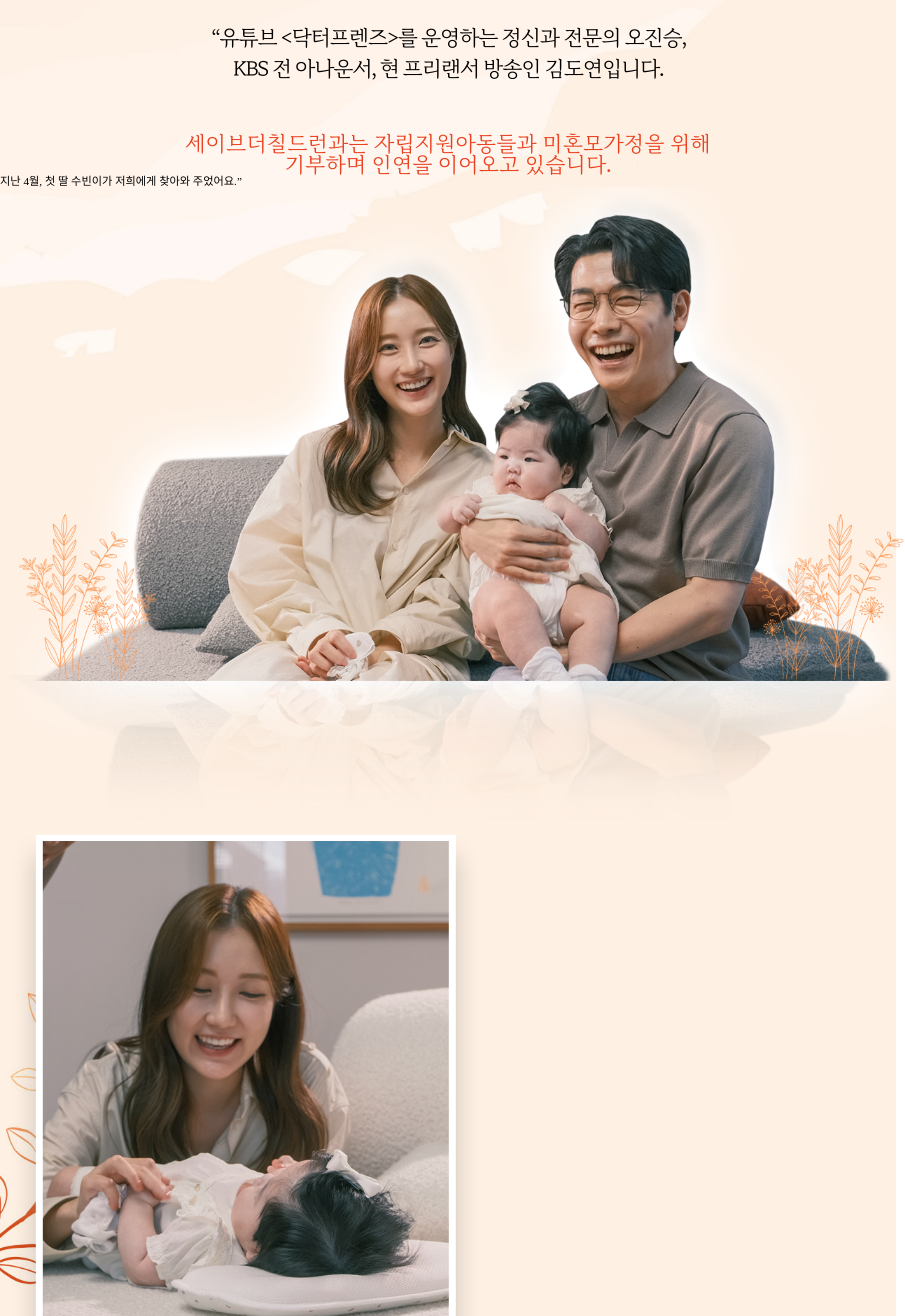
Repository: dlgywls1130/saveTheChildren
Page: index.html
The author's editor kept a copy of each file at every save. The page is drawn from the files as they stood at one save, then again after the next save.
The browser window is 1280 px wide. The page is 1293 px wide, so the pictures cover 1293 px, including what lies to the right of the window. The pictures show the part of the page from y = 1771 to 3651 px (the page is 10550 px tall before and 10620 px after), at 70% of full size.
Some web fonts or font styles are not loaded; a fallback is used. The style sheet was rebuilt from its Sass, Less or Tailwind sources for each picture, by a compiler version that may differ from the author's.

Above is the page before, as saved 2024-11-01 22:14:35.

### index.html
<!DOCTYPE html>
<html lang="en">
<head>
    <meta charset="UTF-8">
    <meta name="viewport" content="width=device-width, initial-scale=1.0">
    <title>Document</title>

    <link rel="stylesheet" href="./css/common.css">
</head>
<body>

    <!-- main -->
    <section class="main_container">
        <div class="container">
            <div class="logo_title mb-60">
                <img src="./images/logo.png" alt="logo">
                <p>우리 아기 좋은 날 기부</p>
            </div>

            <p class="sub_title mb-30">
                의사 오진승, 아나운서 김도연 가족과 함께하는
            </p>

            <h2 class="mb-50">우리 아기<br>좋은 날 일기</h2>

            <p class="sub_span_text mb-40">
                여러분은 자녀의 소중한 순간을<br>
                어떻게 기념 하시나요?
            </p>

            <p class="sub_descript mb-60">
                보통 사진을 찍고 영상을 남기는 분들이 많으실 거에요. <br>
                <span>소중한 날을 특별하게 기념하는 방법</span>을<br>
                소개해드릴게요
            </p>

            <a href="#" class="record_btn">
                <img src="/images/pencle.png" alt="pencle">
                <p>우리 아기 좋은 날 기록하기</p>
            </a>
        </div>
    </section>

    <!-- 스토리섹션 -->

    <section class="story_section">
        <div class="container py-150">

            <!-- 영상 -->
            <div class="video_container mb-150">
                <video></video>
            </div>

            <div class="story_01">
                <p class="s01 mb-70">
                    “유튜브 <닥터프렌즈>를 운영하는 정신과 전문의 오진승,
                    <br>KBS 전 아나운서, 현 프리랜서 방송인 김도연입니다.
                </p>

                <p class="s01_1">
                    세이브더칠드런과는 자립지원아동들과 미혼모가정을 위해
                    <br>기부하며 인연을 이어오고 있습니다.
                </p>

                <p class="s01_2">
                    지난 4월, 첫 딸 수빈이가 저희에게 찾아와 주었어요.”
                </p>

                <img src="/images/s1_1.png" alt="story">
            </div>


            <div class="story_02">
                <div class="story02_01">
                    <div class="story_image">
                        <img src="/images/s2_1.png" alt="stroy">
                    </div>
                    <div class="story_text-contain">
                        <p class="story_text_01">
                            아이가 태어나고 많은 것이 바뀌었습니다.
                        </p>
                        <p class="story_text_02">
                            사실 저는 아이를 좋아하는 편은 아니었어요.
                            하지만 낳고 처음 마주하는 순간, 생각했어요.
                        </p>
                        <p class="story_text_03">
                            ‘천년의 사랑이 시작되었다.’
                        </p>

                        <p class="story_text_04">
                            지금은 힘들어도 아이 얼굴만 보면 웃음이 나와요.
                        </p>
                    </div>


                </div>
            </div>

            <div class="story_03">
                <div class="story03_01">
                    <div class="story_text-contain">
                        <p class="story_text_01">
                            자신의 자녀를 볼 때 나오는
                            <br>도파민의 양이
                            <br>마음에 드는 이성을 보았을 때
                            <br>나오는 도파민 양의 10배나 된대요.
                        </p>
                        <p class="story_text_02">
                            저는 현재에 안주하며 사는 편이었는데,
                            <br>딸이 태어난 후부터 삶에 대해 더 고민하며
                            <br>잘하려고 노력하게 되더라구요.
                        </p>
                        <p class="story_text_03">
                            아이가 삶의 원동력이 된 셈이죠.
                        </p>

                    </div>

                    <div class="story_image">
                        <img src="/images/s3_1.png" alt="stroy">
                    </div>



                </div>
            </div>

            <div class="story_04">
                <div class="story04_01">

                    <div class="story_image">
                        <img src="/images/s4_1.png" alt="stroy">
                    </div>

                    <div class="story_text-contain">
                        <p class="story_text_01">
                            요즘은 수빈이와 함께
                            <br>놀이터 갈 날을
                            <br>손꼽아 기다리고 있어요.
                        </p>
                        <p class="story_text_02">
                            아직 말귀도 못 알아듣는 아이한테
                            <br>“너 언제 커서 아빠랑 놀이터 갈래?”
                            <br>묻고는 하죠.
                        </p>

                    </div>

                </div>

                <div class="story04_02">

                    <div class="story_text-contain">
                        <p class="story_text_01">
                            한편으로는 아이를 정신없이 키우다 보니
                            <br>탄생의 순간이 희미해지고 있었어요.
                        </p>
                        <p class="story_text_02">
                            우리 아기 좋은 날 캠페인에 참여해서
                            <br>직접 <span>기념일 이야기를 담은 후원감사증서</span>를 받아보니,
                            <br>그때 생각이 나서 너무 좋았어요.
                        </p>

                    </div>

                    <div class="story_image">
                        <img src="/images/s4_2.png" alt="stroy">
                    </div>

                </div>
            </div>

            <div class="story_05">
                <div class="story_05_01">
                    <div class="img_story">
                        <img src="/images/s5_1.png">
                    </div>
                    <div class="story_text">
                        “아이가 건강하게 발달단계를 해내는
                        <br>소중한 순간에 기부를 하면
                        <br>수빈이가 더 건강하고,행복하게
                        <br>자라게 되지 않을까요?
                        <br>
                        <br>소중한 순간마다 기부하고
                        <br>앨범처럼 남겨서 보여주면
                        <br>자랑스러운 부모가 될 것 같아요”
                    </div>
                </div>

                <div class="story_05_02">

                    <div class="story_text">
                        “저는 칭찬 받거나 스스로에게 자부심을
                        <br>느낀 순간은 오래 기억된다고 생각해요.
                        <br>
                        <br>내 아이에게 ‘네가 첫 양치질을 잘 해낸
                        <br>기념으로  다른 친구를 도왔어.’ 라고
                        <br>말해준다면 그 뿌듯함을 밑거름으로
                        <br>자기 자신과 다른 사람 모두 사랑할 수 있는
                        <br>아이로 성장하지 않을까요?”
                    </div>

                    <div class="img_story">
                        <img src="/images/s5_2.png">
                    </div>

                </div>


                <div class="middle_cotain">
                    <p>첫 걸음마, 첫돌, 처음 엄마 아빠를 부른 날, 처음 비를 맞아본 날,
                    처음 놀이터에 간 날, 그 소중한 순간을 기부로 기록해 보세요.</p>

                    <p>후원해주신 모든 분들께 직접 작성한 기념일 이야기가 담긴 <span>후원감사증서</span>를 드리며,
                    30만원 이상 후원해 주신 분들께는 이름을 수놓은 <span>순면거즈블랭킷</span>을 증정하고 있습니다. </p>

                    <div class="middle_image">
                        <div class="middel_left">
                            <img src="/images/s6_1.png">
                        </div>
                        <div class="middel_right">
                            <img src="/images/s6_2.png">
                        </div>

                        <img src="" class="float_image">
                    </div>


                    <a href="#" class="record_btn">
                        <img src="/images/pencle.png" alt="pencle">
                        <p>우리 아기 좋은 날 기록하기</p>
                    </a>
                </div>



            </div>

        </div>


    </section>

    <!-- 후원신청 과정 -->

    <section class="sponsor_section">
        <div class="container">

            <div class="sponsor-container">
                <h2>후원신청 과정</h2>

                <div class="sponsor_list">
                    <div class="sponsor_list_inner">
                        <div class="list-inner-img">
                            <img src="">
                        </div>
                        <p>후원신청하기</p>

                    </div>
                    <span class="arrow-img"><img src=""></span>
                    <div class="sponsor_list_inner">
                        <div class="list-inner-img">
                            <img src="">
                        </div>
                        <p>후원감사증서<br>메시지 적기</p>

                    </div>
                    <span class="arrow-img"><img src=""></span>
                    <div class="sponsor_list_inner">
                        <div class="list-inner-img">
                            <img src="">
                        </div>
                        <p>신청완료</p>

                    </div>
                    <span class="arrow-img"><img src=""></span>
                    <div class="sponsor_list_inner">
                        <div class="list-inner-img">
                            <img src="">
                        </div>
                        <p>후원감사증서 발송<br>(1주일이내)</p>

                    </div>
                </div>

                <p class="info-span">30만원 이상 후원자 분들께는 순면거즈블랭킷 제작을 위한 문자가 별도 발송됩니다. (후원 2-3일 이내)</p>
            </div>


            <div class="sponsor-inner">
                <h2>후원금, 이렇게 쓰여요!</h2>

                <p>
                    세이브더칠드런은 국내외 아동을 대상으로
                    생계지원, 의료지원,  영유아용품지원, 재해재난 상황에서의
                    긴급구호 등의 활동을 진행하고 있습니다.

                    보내주신 후원금은 정치, 종교, 인종에 관계없이
                    모든 아이들을 구해야 한다는  세이브더칠드런의 신념에 따라
                    가장 도움 필요한 아이를 위해 우선 사용됩니다.

                </p>

                <img src="/images/baby.png">
            </div>
        </div>

    </section>

    <!-- faq -->
    <section class="faq_section">
        <div class="container">
            <h2>FAQ</h2>

            <ul class="faq_list">
                <li>
                    <div class="faq_question">
                        <img src="/images/leaves.png">
                        <p>30만원 이상 후원했습니다. 거즈 순면 블랭킷은 언제 오나요?</p>
                    </div>
                    <div class="faq_answer">
                        우리 아기 좋은 날 기부로 30만원 이상 후원자님들께는 담요에 수놓을 아기 이름과 선물 수령 주소
                        확인을 위한 문자가 발송됩니다. 02-6900-4479로 발송되는 문자 속 설문조사에 답해주세요.
                        확인을 완료하신 분들께는 블랭킷 제작을 담당하고 있는 조니 스튜디오에서 아기 이름 자수
                        작업 완료 후 배송해 드립니다.

                    </div>
                </li>
                <li>
                    <div class="faq_question">
                        <img src="/images/leaves.png">
                        <p>순면 거즈 블랭킷, 안전한 제품인가요? </p>
                    </div>
                    <div class="faq_answer">
                        본 블랭킷은 워싱된 3중 거즈로 제작되었으며, KC안전검사를 완료하였습니다.
                        소재 특성상 섬유 조각이 발생할 수 있어 망에 넣지 않고 3번 정도 물빨래 하시는 것을 권장합니다.

                    </div>
                </li>
                <li>
                    <div class="faq_question">
                        <img src="/images/leaves.png">
                        <p>순면 거즈 블랭킷을 받았는 데 하자가 있어요. 어떻게 해야 하나요? </p>
                    </div>
                    <div class="faq_answer">
                        물품에 동봉된 조니스튜디오 연락처로 연락 부탁드립니다. 하자 물품에 대한 교환은 수령일로부터
                        7일 이내에 조니스튜디오에 연락해주셔야 하며, 이로 인한 후원금 환불은 어렵습니다.

                    </div>
                </li>
                <li>
                    <div class="faq_question">
                        <img src="/images/leaves.png">
                        <p>후원감사증서에 넣을 수 있는 사진 사이즈는 얼마인가요?</p>
                    </div>
                    <div class="faq_answer">
                        사진 인화 사이즈 5*7 인치에 맞추어서 제작되었습니다.  그보다 작은 사진일 경우,
                        후원감사증서  내부의 주머니에 넣어 보관하실 수도  있습니다.

                    </div>
                </li>
            </ul>
        </div>
    </section>
</body>
</html>

### css/common.scss
// Reset CSS
@mixin reset {

    html,
    body,
    div,
    span,
    applet,
    object,
    iframe,
    h1,
    h2,
    h3,
    h4,
    h5,
    h6,
    p,
    blockquote,
    pre,
    a,
    abbr,
    acronym,
    address,
    big,
    cite,
    code,
    del,
    dfn,
    em,
    img,
    ins,
    kbd,
    q,
    s,
    samp,
    small,
    strike,
    strong,
    sub,
    sup,
    tt,
    var,
    b,
    u,
    i,
    center,
    dl,
    dt,
    dd,
    ol,
    ul,
    li,
    fieldset,
    form,
    label,
    legend,
    table,
    caption,
    tbody,
    tfoot,
    thead,
    tr,
    th,
    td,
    article,
    aside,
    canvas,
    details,
    embed,
    figure,
    figcaption,
    footer,
    header,
    hgroup,
    menu,
    nav,
    output,
    ruby,
    section,
    summary,
    time,
    mark,
    audio,
    video {
        margin: 0;
        padding: 0;
        border: 0;
        font-size: 100%;
        font: inherit;
        vertical-align: baseline;
    }

    /* HTML5 display-role reset for older browsers */
    article,
    aside,
    details,
    figcaption,
    figure,
    footer,
    header,
    hgroup,
    menu,
    nav,
    section {
        display: block;
    }

    body {
        line-height: 1;
    }

    ol,
    ul {
        list-style: none;
    }

    blockquote,
    q {
        quotes: none;

        &:before,
        &:after {
            content: '';
            content: none;
        }
    }

    table {
        border-collapse: collapse;
        border-spacing: 0;
    }
}


$font-path: '../fonts/';


$font-weights: (
    'regular': 400,
    'medium': 500,
    'semi-bold':600,
    'bold': 700,
    'extra-bold': 800,
);


// 폰트 패밀리 변수 설정
$font-families: (
  'maru': ('MaruBuri', serif),
  'nanum': ('NanumSquare', sans-serif),
  'nanum-neo': ('NanumSquare Neo', sans-serif),
  'okgung': ('OKGUNG', serif)
);


// MaruBuri 폰트
@font-face {
  font-family: 'MaruBuri';
  font-weight: 400;
  font-style: normal;
  font-display: swap;
  src: url('#{$font-path}MaruBuri-Regular.woff2') format('woff2'),
       url('#{$font-path}MaruBuri-Regular.ttf') format('truetype');
}

// NanumSquare 폰트군
@font-face {
  font-family: 'NanumSquare';
  font-weight: 400;
  font-style: normal;
  font-display: swap;
  src: url('#{$font-path}NANUMSQUAREB.TTF') format('truetype'),
       url('#{$font-path}NANUMSQUAREL.TTF') format('truetype');
}

// NanumSquare Neo
@font-face {
    font-family: 'NanumSquare';
    font-weight: map-get($font-weights, 'regular');
    font-style: normal;
    font-display: swap;
    src: url('#{$font-path}NANUMSQUAREL.TTF') format('truetype');
}

@font-face {
    font-family: 'NanumSquare';
    font-weight: map-get($font-weights, 'medium');
    font-style: normal;
    font-display: swap;
    src: url('#{$font-path}NANUMSQUAREM.TTF') format('truetype');
}

@font-face {
    font-family: 'NanumSquare';
    font-weight: map-get($font-weights, 'semi-bold');
    font-style: normal;
    font-display: swap;
    src: url('#{$font-path}NANUMSQUARESB.TTF') format('truetype');
}

@font-face {
    font-family: 'NanumSquare';
    font-weight: map-get($font-weights, 'bold');
    font-style: normal;
    font-display: swap;
    src: url('#{$font-path}NANUMSQUARB.TTF') format('truetype');
}

@font-face {
    font-family: 'NanumSquare';
    font-weight: map-get($font-weights, 'extra-bold');
    font-style: normal;
    font-display: swap;
    src: url('#{$font-path}NANUMSQUAREB.TTF') format('truetype');
}

// OKGUNG 폰트
@font-face {
  font-family: 'OKGUNG';
  font-weight: normal;
  font-style: normal;
  font-display: swap;
  src: url('#{$font-path}OKGUNG.woff2') format('woff2'),
       url('#{$font-path}OKGUNG.ttf') format('truetype');
}

@mixin font($family, $size: 16px, $weight: 400) {
    font-family: map-get($font-families, $family);
    font-size: $size;
    font-weight: $weight;
  }





// Container
$container-width: 1315px;

// Colors
$colors: (
    'gray': #535353,
    'black': #020202,
    'brown': #665f5a,
    'teal': #00b2a9,
    'red': #ea4120,
    'bronze': #a56839,
    'olive': #727464,
    'sage': #858770
);


$spacing: (
    '30': 30px,
    '40': 40px,
    '50': 50px,
    '60': 60px,
    '70': 70px,
    '75': 75px,
    '80': 80px,
    '100': 100px,
    '150': 150px,
    '200': 200px,
);

$directions: (
    'p': padding,
    'm': margin
);

$sides: (
    't': top,
    'b': bottom,
    'l': left,
    'r': right,
    'x': (left, right),
    'y': (top, bottom)
);

@each $direction-key, $direction-value in $directions {
    @each $side-key, $side-value in $sides {
        @each $space-key, $space-value in $spacing {
            // 단일 방향
            @if type-of($side-value) == string {
                .#{$direction-key}#{$side-key}-#{$space-key} {
                    #{$direction-value}-#{$side-value}: $space-value;
                }
            }
            // x, y 축 방향
            @else if type-of($side-value) == list {
                .#{$direction-key}#{$side-key}-#{$space-key} {
                    @each $side in $side-value {
                        #{$direction-value}-#{$side}: $space-value;
                    }
                }
            }
        }
    }
}
// Container Mixin
@mixin container {
    max-width: $container-width;
    margin: 0 auto;
    width: 100%;
}

// Apply Reset
@include reset;


// Base Container
.container {
    @include container;
}

// main

.main_container {
    background: url('/images/main_bg.jpg') no-repeat;
    width: 100vw;
    height: 100vh;
    background-size: cover;
    background-position: center;

    .container {
        display: flex;
        flex-direction: column;
        justify-content: flex-end;
        height: 100%;
        padding: 90px 0;
        box-sizing: border-box;
        .logo_title{
            display: flex;
            align-items: center;
            gap: 10px;
            img{
                width: 218px;
                height: auto;
            }

            p{
                color: #fff;
                font-size: 20px;
                background: url('/images/main_banner.png') no-repeat;
                border-radius: 5px;
                display: flex;
                align-items: center;
                justify-content: center;
                width: 188px;
                height: 33px;
                letter-spacing: -0.06em;
            }

        }

        .sub_title{
            letter-spacing: -0.03em;
            color: map-get($colors, 'brown');
            @include font('nanum', 30px, map-get($font-weights, 'bold'));
        }

        h2{
            line-height: 100px;
            letter-spacing: -0.03em;
            color: map-get($colors, 'black');
            @include font('okgung', 90px, map-get($font-weights, 'regular'));
        }

        .sub_span_text{
            color: map-get($colors, 'brown');
            letter-spacing: -0.03em;
            line-height: 35px;
            @include font('nanum-neo', 25px, map-get($font-weights, 'extra-bold'));
        }

        .sub_descript{
            line-height: 35px;
            letter-spacing: -0.03em;
            color: map-get($colors, 'brown');
            @include font('nanum-neo', 25px, map-get($font-weights, 'regular'));
            span{
                font-weight: 800;
            }
        }

        .record_btn{
            background-color: map-get($colors, 'teal' );
            border-radius: 30px;
            width: 374px;
            min-height: 60px;
            display: flex;
            align-items: center;
            justify-content: center;
            gap: 10px;
            text-decoration: none;
            box-sizing: border-box;
            img{
                width: 30px;
                height: 30px;
                display: block;
            }

            p{
                display: block;
                color: #fff;
                @include font('nanum-neo', 25px, map-get($font-weights, 'extra-bold'));
            }
        }
    }
}



// story

.story_section{
    background: url('/images/story_bg.jpg') no-repeat;
    width: 100vw;
    height: 100%;
    .container{
        .video_container {
            width: 100%;
            height: 782px;  // 원하는 높이
            background-color: #000;
            display: flex;
            align-items: center;
            justify-content: center;
        }

        .story_01{
            .s01{
                @include font('maru', 30px, map-get($font-weights, 'regular'));
                color: #000;
                line-height: 45px;
                letter-spacing: -0.06em;
                text-align: center;
            }

            .s01_1{
                @include font('maru', 30px, map-get($font-weights, 'regular'));
                color: map-get($colors, 'red');
                text-align: center;
            }
        }
    }
}

After the next save:
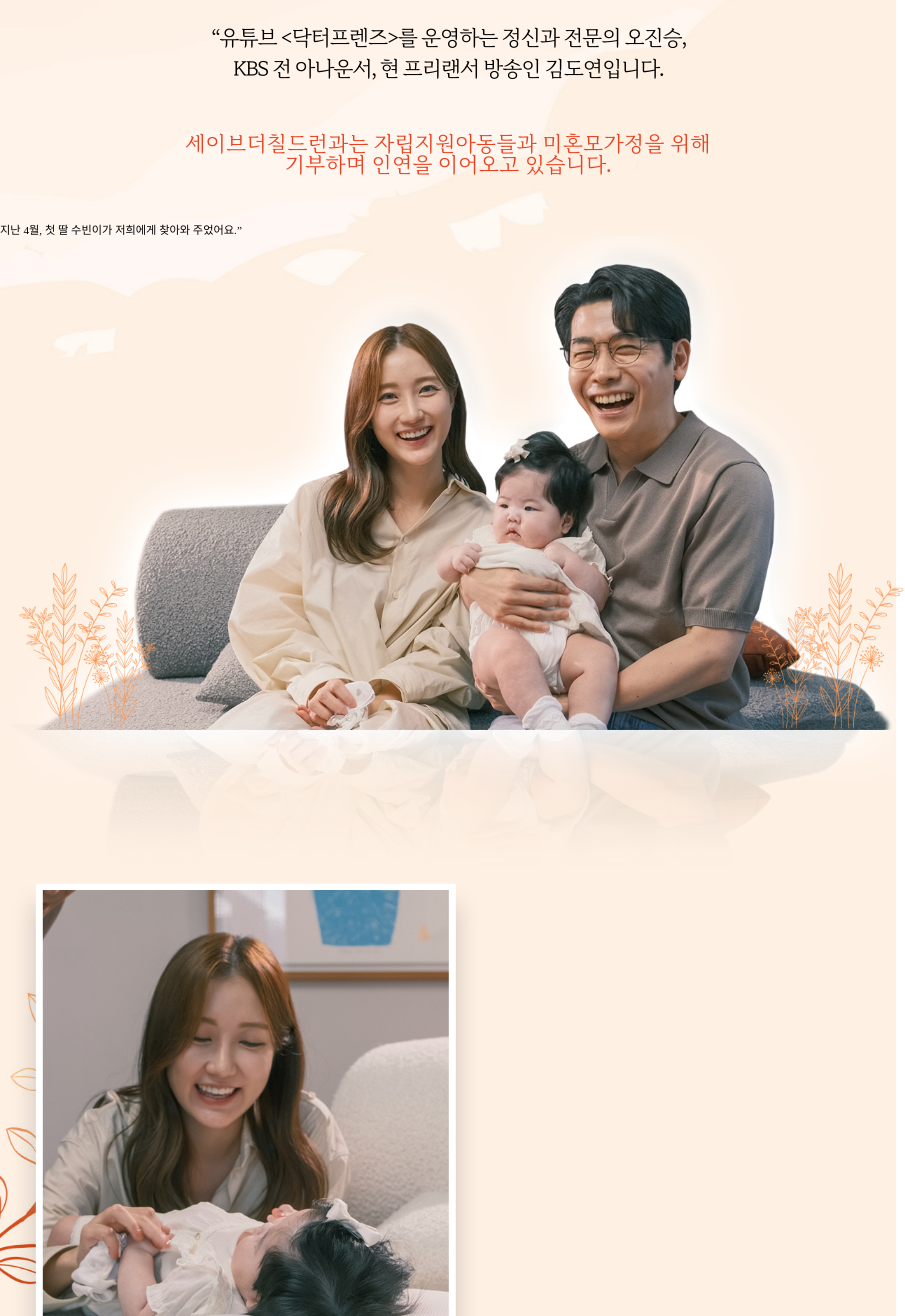
Saved 95 s later.
--- a/index.html
+++ b/index.html
@@ -57,7 +57,7 @@
                     <br>KBS 전 아나운서, 현 프리랜서 방송인 김도연입니다.
                 </p>
 
-                <p class="s01_1">
+                <p class="s01_1 mb-70">
                     세이브더칠드런과는 자립지원아동들과 미혼모가정을 위해
                     <br>기부하며 인연을 이어오고 있습니다.
                 </p>
